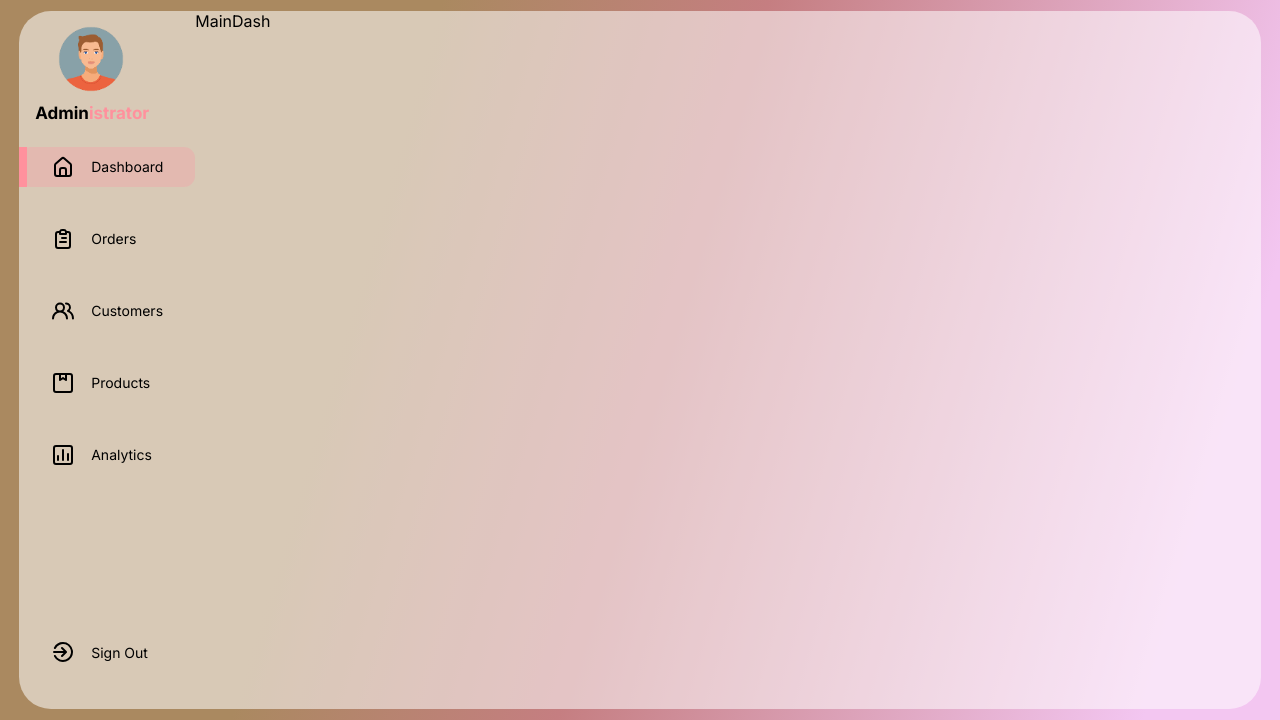
Repository: Zeeohn/react-admin-dash1
Page: /
These files come from the project's save history. The page is drawn as it stood at one moment and after the next save; the edit follows.
The browser window is 1280 px wide. The pictures show the whole page.
The project was rebuilt for these pictures with package versions that can differ from the ones it lists, and the page was loaded fresh each time.

Above is the page before, as saved 2022-05-20 13:35:56.

After the next save:
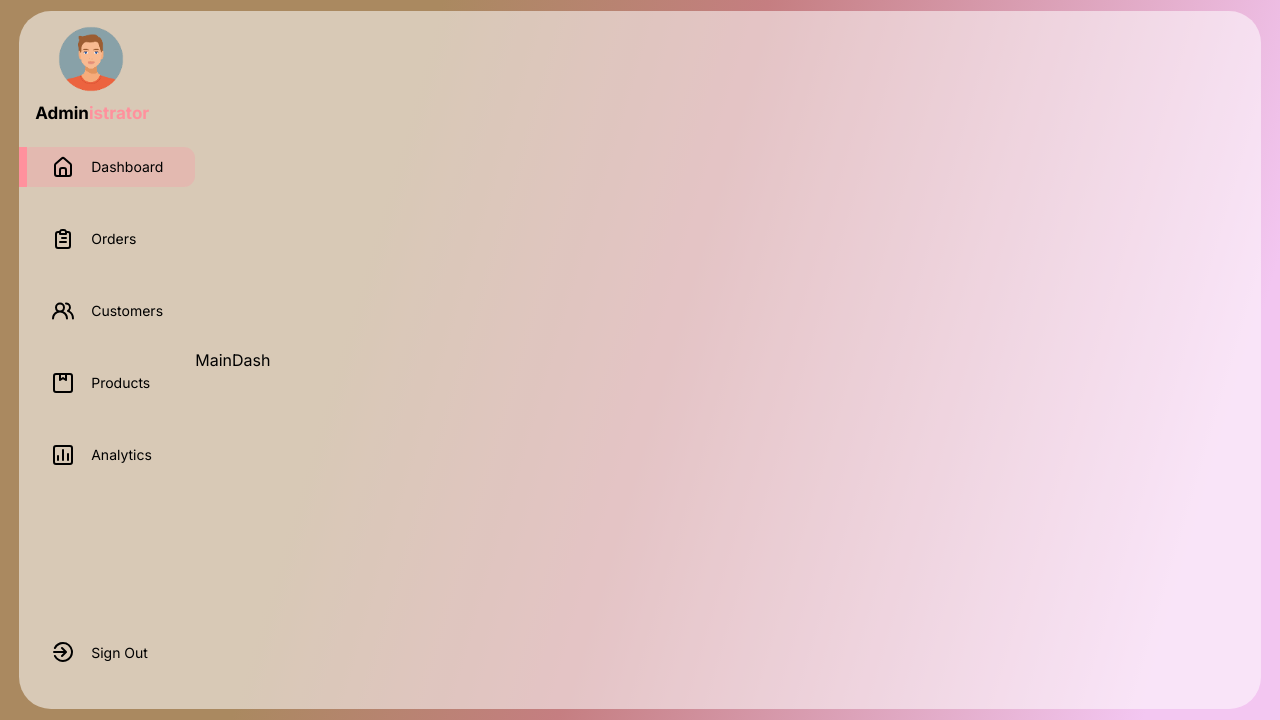
Saved 45 s later.
--- a/src/components/MainDash/MainDash.jsx
+++ b/src/components/MainDash/MainDash.jsx
@@ -2,7 +2,7 @@ import React from "react";
 import "./MainDash.css";
 
 const MainDash = () => {
-  return <div>MainDash</div>;
+  return <div className="MainDash">MainDash</div>;
 };
 
 export default MainDash;
